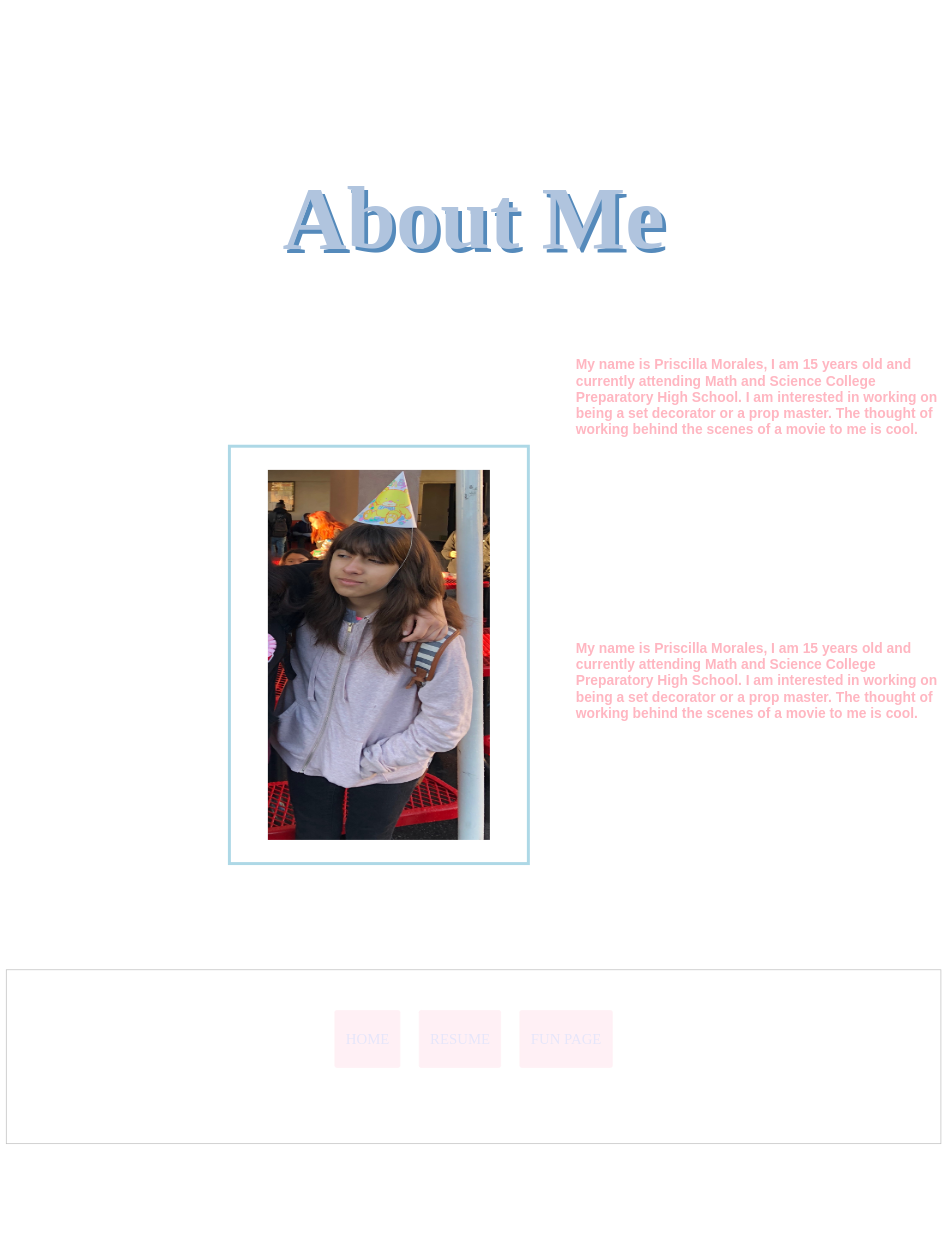
Repository: idontknow3/idontknow3.github.io
Page: AboutMe.html
The author's editor kept a record of every edit. The page is drawn from the files as they stood at one moment, then again after the next edit.
The browser window is 1280 px wide. The pictures show the whole page, at 74% of full size.

Above is the page before.

### AboutMe.html
<!DOCTYPE html>
<html>
<head>
 <title>About Me</title>
 <link rel="stylesheet" type="text/css" href="stely.css">
</head>
 <body>
     <h1>About Me</h1>


    <img id="star" src="IMG-2292.JPG"/>

    <h3>My name is Priscilla Morales, I am 15 years old and currently attending
    Math and Science College Preparatory High School. I am interested in working
    on being a set decorator or a prop master. The thought of working behind the
    scenes of a movie to me is cool.</h3>


      <header>

          <div class="nav">
          <a href="index.html">Home</a>
          <a href="Resume.html">Resume</a>
          <a href="Funpage.html">Fun Page</a><div/>

          </br>
    </header>
 </body>

</html>

<h3>My name is Priscilla Morales, I am 15 years old and currently attending
     Math and Science College Preparatory High School. I am interested in working
     on being a set decorator or a prop master. The thought of working behind the scenes
     of a movie to me is cool. </h3>

### stely.css
header {
 border: 1px solid silver;
 color: #D7263D;
 font-size: 20px;
 line-height: 48px;
 padding: 40px 12%;
 text-align: center;
 text-transform: uppercase;
}


.nav {
 padding: 4px 10%;
}

.nav a{
 background: lavenderblush;
 border: 1px solid #fff0f5;
 border-radius: 3px;
 color: lavender;
 display: inline-block;
 margin: 10px 10px;
 padding: 14px;
 text-transform: uppercase;
 text-decoration: none;
}

.nav a:hover {
 background: lavender;
 border: 1px solid lavenderblush;
 color: mistyrose;
 animation: ease;
}

h1 {
 font-size: 120px;
 line-height: 350px;
 text-align: center;
 color: lightsteelblue;
 padding: 40px 12%;
 text-shadow: 5px 5px #558ABB;
}

h2 {
 color: slategrey;
 font-size: 35px;
 font-family: Arial;
 padding: 60px 50px;
}


.grid {
  display: grid;
  grid-template: 1fr 1fr / 1fr 1fr 1fr;
  vertical-align: center;
  position: relative;
  right:-130px;
}



.grid img {
    position:relative;
    width:170px;
    height:270px;
    padding: 50px;
    background-color: #fff;
    border: 2px solid #000;
}



.grid img:hover{
 animation: shake 0.5s;
 animation-iteration-count: infinite;
}



.box {
 background-color: white;
 color: black;
 border-radius: 5px;
 border: 2px white solid;
}

#star{
  width:300px;
    height:500px;
    position:relative;
    right:-300px;
    top:10px;
    border: 4px solid lightblue;
    padding:30px 50px;
}


h3{
 position: relative;
 right: -770px;
 top: -700px;
 color: lightpink;
 width: 500px;
 font-family: Arial;
}

After the next edit:
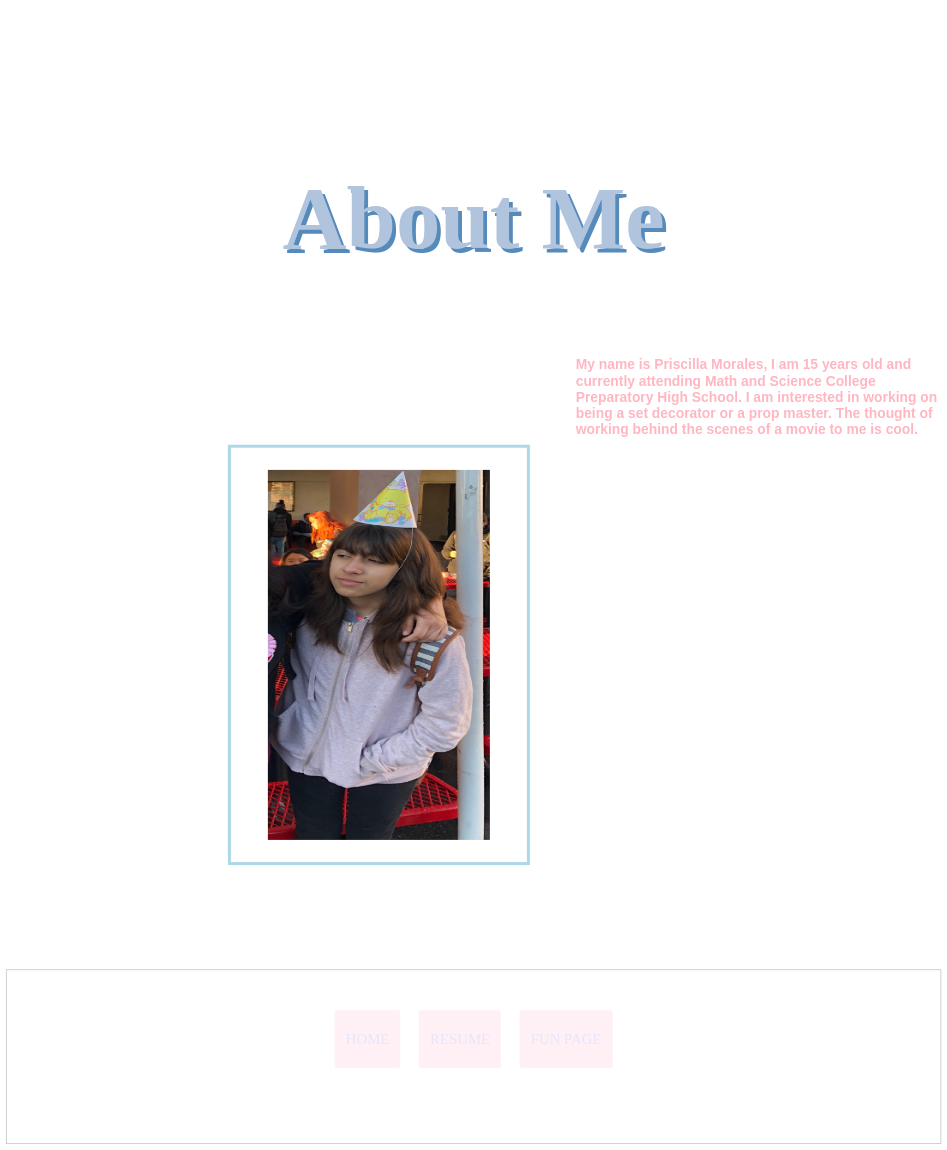
The edit:
--- a/AboutMe.html
+++ b/AboutMe.html
@@ -28,8 +28,3 @@
  </body>
 
 </html>
-
-<h3>My name is Priscilla Morales, I am 15 years old and currently attending
-     Math and Science College Preparatory High School. I am interested in working
-     on being a set decorator or a prop master. The thought of working behind the scenes
-     of a movie to me is cool. </h3>
